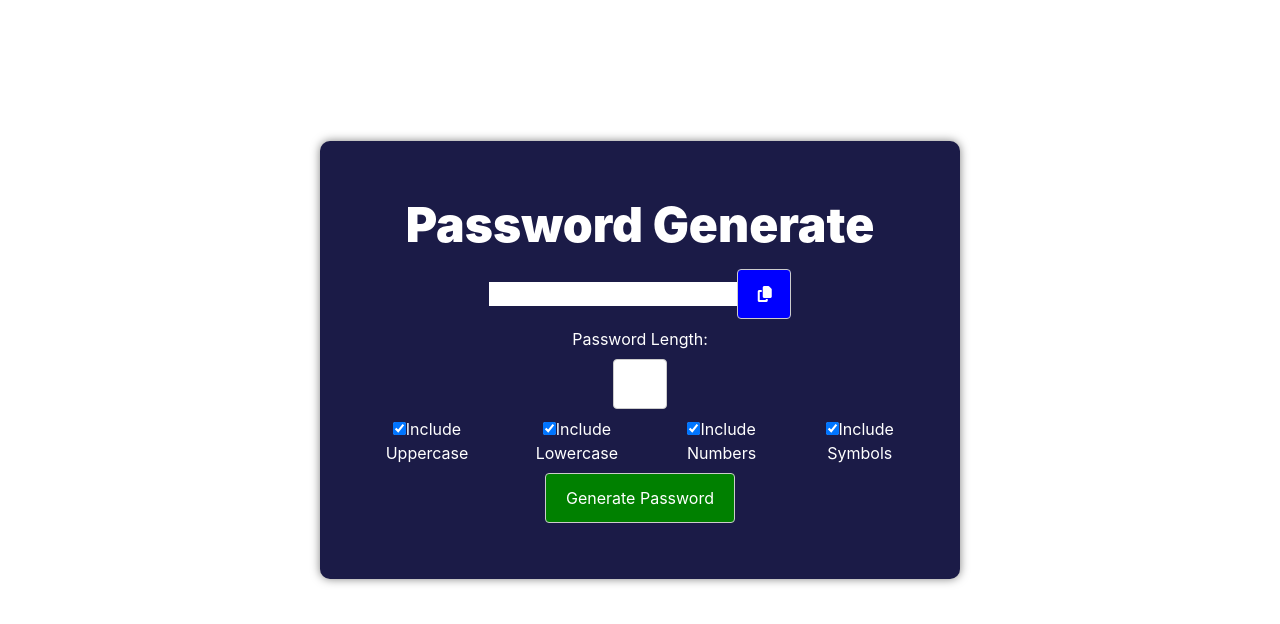
Repository: sriram1224/Password-generator
Page: / (app in password-generator/)
These files come from the project's save history. The page is drawn as it stood at one moment and after the next save; the edit follows.
The browser window is 1280 px wide. The pictures show the whole page.
Some web fonts or font styles are not loaded; a fallback is used. Some web libraries are served in a nearby version. The project was rebuilt for these pictures with package versions that can differ from the ones it lists, and the page was loaded fresh each time.

Above is the page before, as saved 2024-03-10 22:00:11.

After the next save:
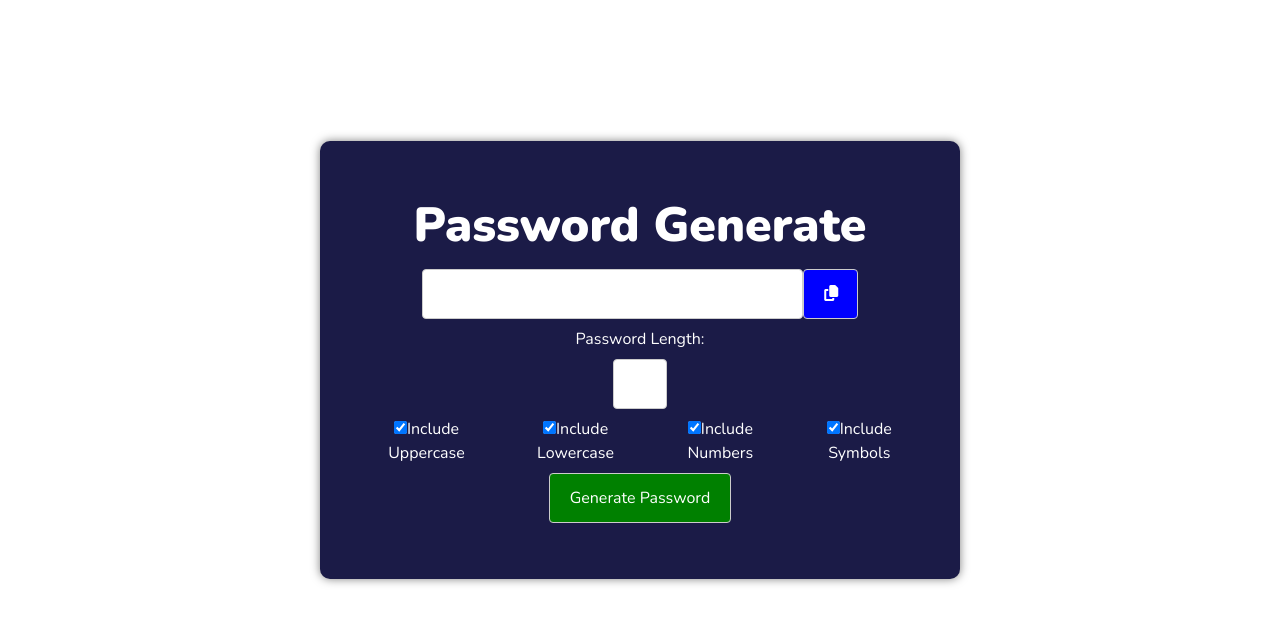
Saved 27 s later.
--- a/password-generator/src/Components/content.css
+++ b/password-generator/src/Components/content.css
@@ -1,5 +1,11 @@
 
-@import url('https://fonts.googleapis.com/css2?family=Noto+Sans:ital,wght@0,100..900;1,100..900&family=Nunito:ital,wght@0,200..1000;1,200..1000&family=Protest+Revolution&display=swap')
+@import url('https://fonts.googleapis.com/css2?family=Noto+Sans:ital,wght@0,100..900;1,100..900&family=Nunito:ital,wght@0,200..1000;1,200..1000&family=Protest+Revolution&display=swap');
+*{
+    margin: 0;
+    padding: 0;
+    box-sizing: border-box;
+    font-family: 'Nunito', sans-serif;
+}
 .text-input{
     width: 70%;
     padding: 12px 20px;
